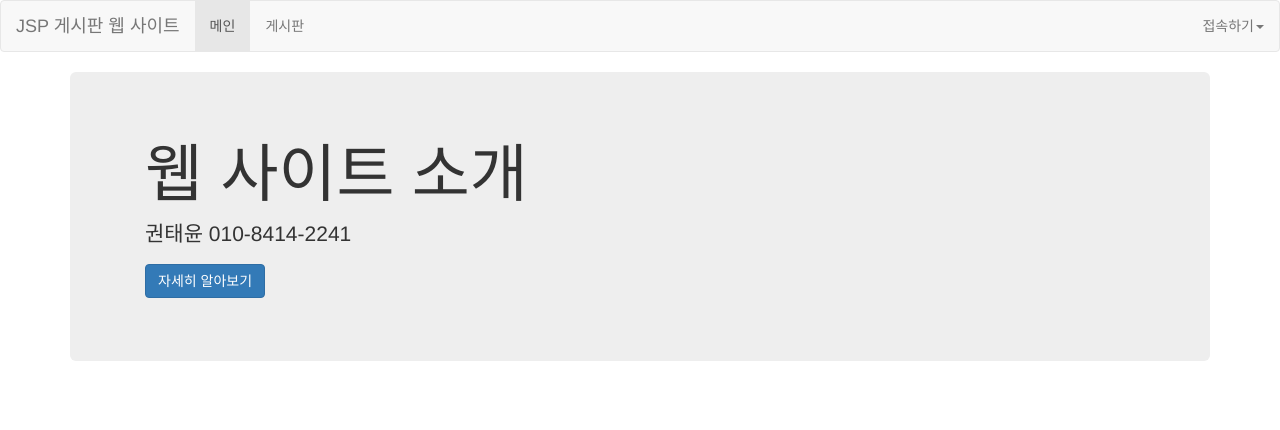
Repository: tykwon97/JSP
Page: http://localhost/BBS/main.jsp
These files come from the project's save history. The page is drawn as it stood at one moment and after the next save; the edit follows.
The browser window is 1280 px wide. The pictures show the whole page.
Some web libraries are served in a nearby version. The page is served by Tomcat 9.

Above is the page before, as saved 2021-01-31 09:41:35.

After the next save:
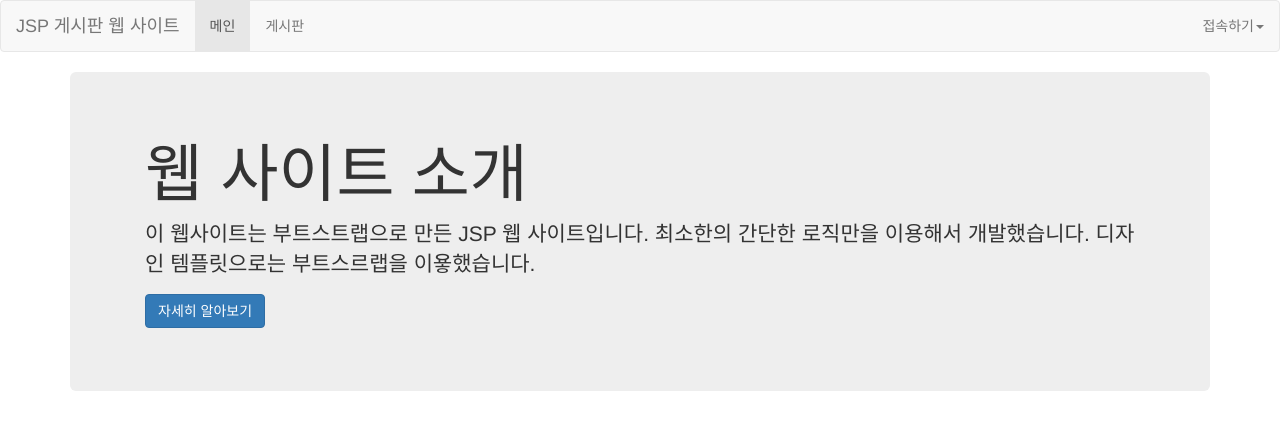
Saved 51 s later.
--- a/projects/BBS/WebContent/main.jsp
+++ b/projects/BBS/WebContent/main.jsp
@@ -66,7 +66,7 @@
 		<div class = "jumbotron">
 			<div class ="container">
 				<h1>웹 사이트 소개</h1>
-				<p> 권태윤 010-8414-2241 </p>
+				<p>이 웹사이트는 부트스트랩으로 만든 JSP 웹 사이트입니다. 최소한의 간단한 로직만을 이용해서 개발했습니다. 디자인 템플릿으로는 부트스르랩을 이욯했습니다.</p>
 				<p><a class = "btn btn-primary btn-pull" href="#" role = "button">자세히 알아보기</a></p>
 			</div>
 		</div>
